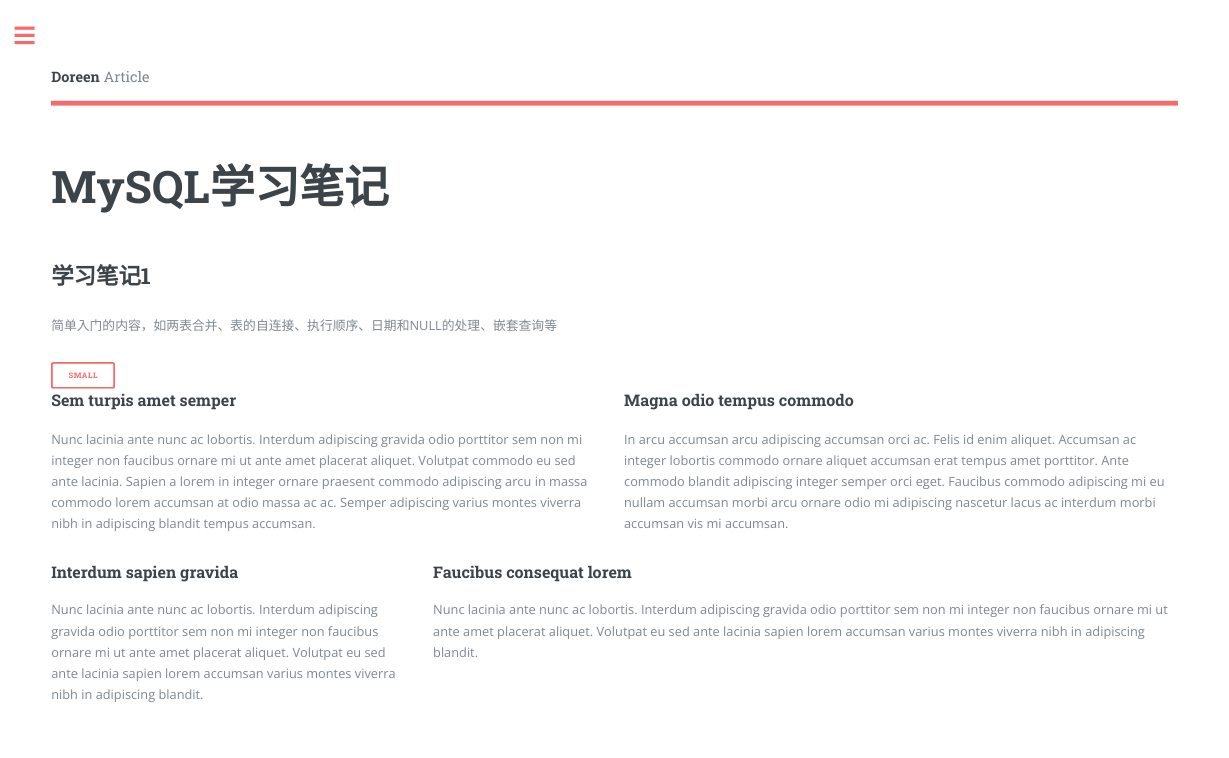
Repository: Hpz3859/Hpz3859.github.io
Page: mysql.html
The author's editor kept a copy of each file at every save. The page is drawn from the files as they stood at one save, then again after the next save.
The browser window is 1280 px wide. The pictures show the whole page, at 96% of full size.

Above is the page before, as saved 2025-03-19 14:02:46.

After the next save:
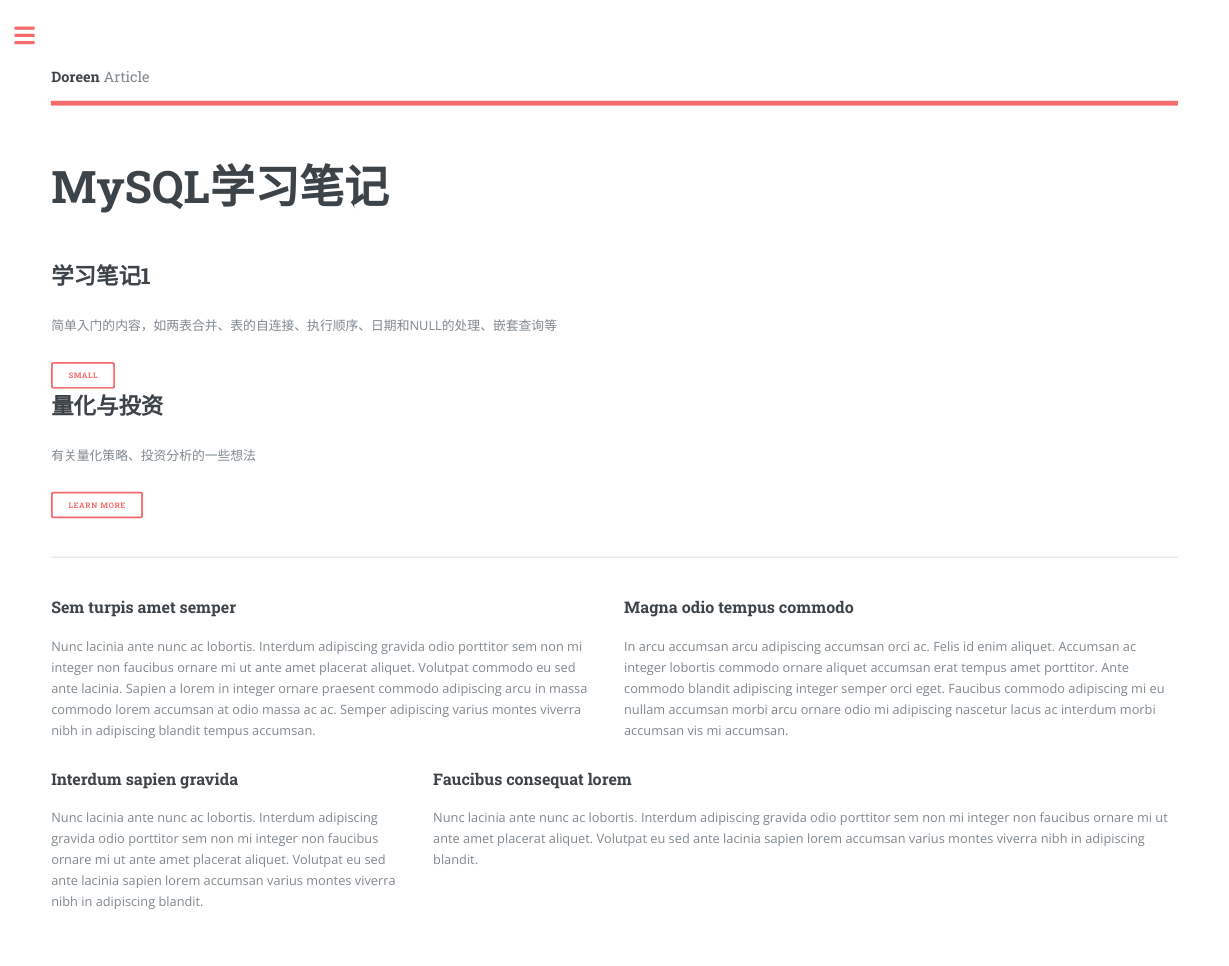
Saved 2 min 27 s later.
--- a/mysql.html
+++ b/mysql.html
@@ -43,6 +43,18 @@
 										<h2 id="content">学习笔记1</h2>
 										<p>简单入门的内容，如两表合并、表的自连接、执行顺序、日期和NULL的处理、嵌套查询等</p>
 										<a href="#" class="button small">Small</a>
+
+										<article>
+											<div class="content">
+												<h2>量化与投资</h2>
+												<p>有关量化策略、投资分析的一些想法</p>
+												<ul class="actions">
+													<li><a href="#" class="button small">Learn More</a></li>
+												</ul>
+											</div>
+										</article>
+
+										<hr class="major" />
 										<div class="row">
 											<div class="col-6 col-12-small">
 												<h3>Sem turpis amet semper</h3>
